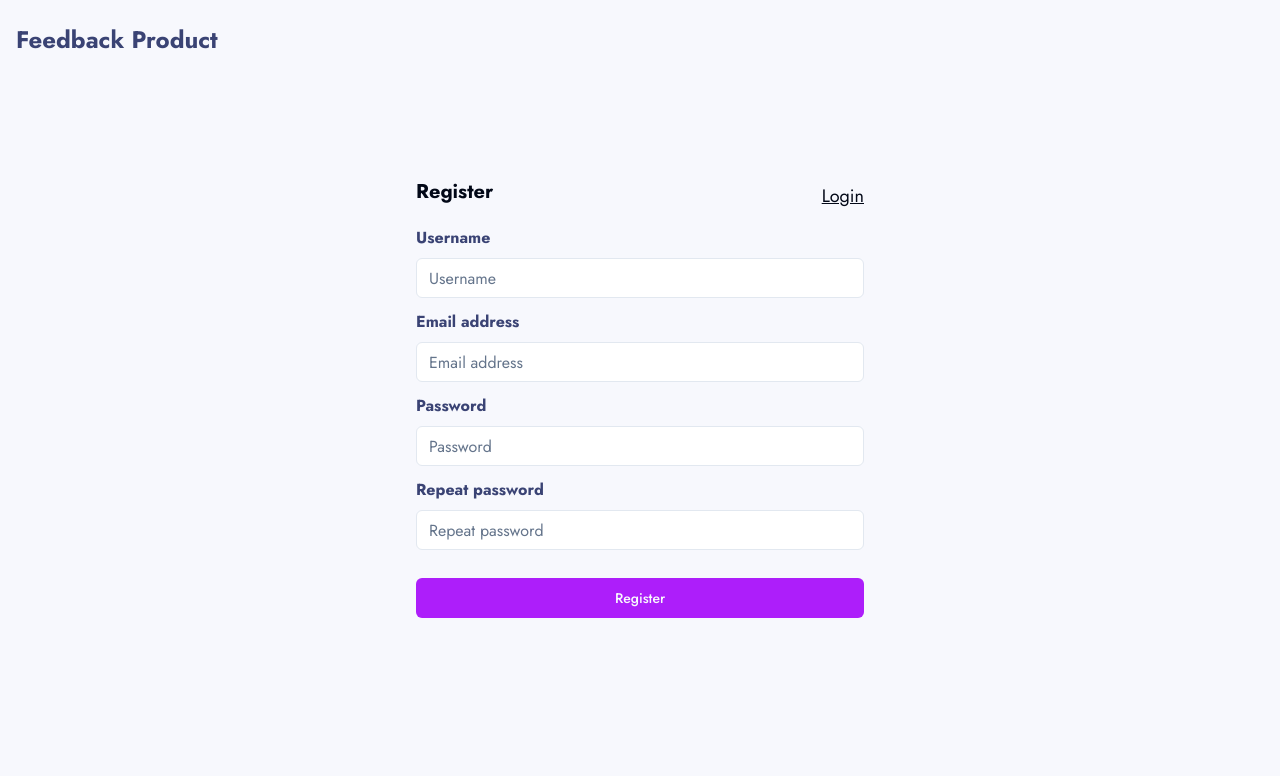
Repository: KornelJanczak/product-feedback-app
Page: /register
An editor plug-in stored every save of this project. The page is shown before and after the next save, followed by the edit.
The browser window is 1280 px wide. The pictures show the whole page.
The page's requests for data from a server got no answer. The project was rebuilt for these pictures with package versions that can differ from the ones it lists, and the page was loaded fresh each time. The framework's server and built-in components were replaced by stand-ins that run in the browser. No one was signed in, and anything a server would have sent is missing. Also part of the build but not shown: next.config.js, next.config.mjs.

Above is the page before, as saved 2024-01-28 19:49:12.

### app/layout.tsx
import type { Metadata } from "next";
import { Jost } from "next/font/google";
import { Toaster } from "sonner";
import "./globals.css";
import { authOptions } from "@/app/api/auth/[...nextauth]/options";
import { getServerSession } from "next-auth";
import AuthProvider from "@/providers/session-provider";

export const jost = Jost({
  subsets: ["latin"],
});

export const metadata: Metadata = {
  title: "Product Feedback",
  description: "Create your own section!",
};

export default async function RootLayout({
  children,
}: Readonly<{
  children: React.ReactNode;
}>) {
  const session = await getServerSession(authOptions);

  return (
    <html lang="en">
      <body
        className={`${jost.className} bg-darkWhite`}
        suppressHydrationWarning={true}
      >
        <AuthProvider session={session}>
          <Toaster position="top-center" />
          {children}
        </AuthProvider>
      </body>
    </html>
  );
}

### app/(auth)/layout.tsx
import { ReactNode } from "react";

export default function Layout({ children }: { children: ReactNode }) {
  return (
    <>
      <header className="container text-2xl font-bold text-secondDark pt-6">
        <h2>Feedback Product</h2>
      </header>
      {children}
    </>
  );
}

### app/(auth)/register/page.tsx
import FormAuth from "../_components/register-form";

export default function RegisterPage() {
  return <FormAuth />;
}

### app/globals.css
@tailwind base;
@tailwind components;
@tailwind utilities;

* {
  margin: 0;
  padding: 0;
}

@layer base {
  :root {
    --background: 0 0% 100%;
    --foreground: 222.2 84% 4.9%;

    --card: 0 0% 100%;
    --card-foreground: 222.2 84% 4.9%;

    --popover: 0 0% 100%;
    --popover-foreground: 222.2 84% 4.9%;

    --primary: 222.2 47.4% 11.2%;
    --primary-foreground: 210 40% 98%;

    --secondary: 210 40% 96.1%;
    --secondary-foreground: 222.2 47.4% 11.2%;

    --muted: 210 40% 96.1%;
    --muted-foreground: 215.4 16.3% 46.9%;

    --accent: 210 40% 96.1%;
    --accent-foreground: 222.2 47.4% 11.2%;

    --destructive: 0 84.2% 60.2%;
    --destructive-foreground: 210 40% 98%;

    --border: 214.3 31.8% 91.4%;
    --input: 214.3 31.8% 91.4%;
    --ring: 222.2 84% 4.9%;

    --radius: 0.5rem;
  }

  .dark {
    --background: 222.2 84% 4.9%;
    --foreground: 210 40% 98%;

    --card: 222.2 84% 4.9%;
    --card-foreground: 210 40% 98%;

    --popover: 222.2 84% 4.9%;
    --popover-foreground: 210 40% 98%;

    --primary: 210 40% 98%;
    --primary-foreground: 222.2 47.4% 11.2%;

    --secondary: 217.2 32.6% 17.5%;
    --secondary-foreground: 210 40% 98%;

    --muted: 217.2 32.6% 17.5%;
    --muted-foreground: 215 20.2% 65.1%;

    --accent: 217.2 32.6% 17.5%;
    --accent-foreground: 210 40% 98%;

    --destructive: 0 62.8% 30.6%;
    --destructive-foreground: 210 40% 98%;

    --border: 217.2 32.6% 17.5%;
    --input: 217.2 32.6% 17.5%;
    --ring: 212.7 26.8% 83.9%;
  }
}

@layer base {
  * {
    @apply border-border;
  }
  body {
    @apply bg-background text-foreground;
  }
}

### app/api/auth/[...nextauth]/options.ts
import NextAuth, { NextAuthOptions } from "next-auth";
import GithubProvider from "next-auth/providers/github";
import CredentialsProvider from "next-auth/providers/credentials";
import { PrismaAdapter } from "@next-auth/prisma-adapter";
import bcryptjs from "bcryptjs";
import prisma from "@/lib/db";

export const authOptions: NextAuthOptions = {
  adapter: PrismaAdapter(prisma),
  session: {
    strategy: "jwt",
  },
  secret: process.env.NEXTAUTH_SECRET,
  pages: {
    signIn: "/login",
  },
  providers: [
    GithubProvider({
      clientId: process.env.GITHUB_ID as string,
      clientSecret: process.env.GITHUB_SECRET as string,
    }),
    CredentialsProvider({
      name: "credentials",
      credentials: {},
      async authorize(credentials) {
        try {
          const { email, password } = credentials as {
            email: string;
            password: string;
          };

          console.log(email, password);
          const user = await prisma?.user.findFirst({
            where: {
              email,
            },
          });

          if (!user) return null;

          const passwordMatch = await bcryptjs.compare(
            password,
            user.password as string
          );

          if (!passwordMatch) return null;

          return user;
        } catch {
          return null;
        }
      },
    }),
  ],
  callbacks: {
    async signIn({ user, account }) {
      if (account?.provider == "credentials") return user;

      if (account?.provider === "github") {
        try {
          const existingUser = await prisma.user.findFirst({
            where: {
              email: user.email as string,
            },
          });

          if (existingUser) return existingUser;

          const newUser = await prisma.user.create({
            data: {
              userName: user.name!,
              email: user.email!,
            },
          });

          return newUser as any;
        } catch {
          return false;
        }
      }
    },
    async jwt({ token }) {
      const dbUser = await prisma.user.findFirst({
        where: {
          email: token.email as string,
        },
      });

      if (!dbUser) return token;

      return {
        id: dbUser.id,
        email: dbUser.email,
        name: dbUser.userName,
      };
    },

    async session({ token, session }) {
      if (token) {
        return {
          ...session,
          user: {
            email: token.email,
            name: token.name,
            id: token.id,
          },
        };
      }
      return session;
    },
    async redirect({ url, baseUrl }) {
      // if (url.startsWith("/")) return `${baseUrl}`;
      // // Allows callback URLs on the same origin
      // else if (new URL(url).origin === baseUrl) return baseUrl;
      // return baseUrl;
      return "/";
    },
  },
};

export default NextAuth(authOptions);

### providers/session-provider.tsx
"use client";
import { SessionProvider } from "next-auth/react";
import { ReactNode } from "react";
export default function AuthProvider({
  children,
  session,
}: {
  children: ReactNode;
  session: any;
}) {
  return <SessionProvider session={session}>{children}</SessionProvider>;
}

### app/(auth)/_components/register-form.tsx
"use client";
import createUser from "@/server-actions/create-user";
import { registerFormSchema } from "@/models/@auth-schema";
import { zodResolver } from "@hookform/resolvers/zod";
import { useForm, SubmitHandler } from "react-hook-form";
import SubmitBtn from "./submit-btn";
import {
  Form,
  FormControl,
  FormField,
  FormItem,
  FormLabel,
  FormMessage,
} from "@/components/ui/form";
import { Input } from "@/components/ui/input";
import * as z from "zod";
import { useRouter } from "next/navigation";
import { toast } from "sonner";
import { useState } from "react";

type Inputs = z.infer<typeof registerFormSchema>;

export default function RegisterForm() {
  const router = useRouter();
  const [pending, setPending] = useState<boolean>(false);

  const form = useForm<z.infer<typeof registerFormSchema>>({
    resolver: zodResolver(registerFormSchema),
    resetOptions: {
      keepTouched: true,
    },
    defaultValues: {
      username: "",
      email: "",
      password: "",
      repeatPassword: "",
    },
  });

  const processForm: SubmitHandler<Inputs> = async (data) => {
    setPending(true);
    try {
      const user = await createUser(data);
      if (!user) toast.error("Something went wrong");
      toast.success("Your account has been registered!");
      router.push("/login");
    } catch {
      toast.error("Something went wrong");
    } finally {
      form.reset();
      setPending(false);
    }
  };

  return (
    <section className="container h-screen flex items-center justify-center pb-9 ">
      <Form {...form}>
        <form
          className="max-w-md w-full"
          onSubmit={form.handleSubmit(processForm)}
        >
          <div className="flex justify-between items-center">
            <h3 className="font-bold text-xl pb-2">Register</h3>
            <span
              className="text-lg cursor-pointer underline hover:transition duration-300"
              onClick={() => router.push("/login")}
            >
              Login
            </span>
          </div>
          <FormField
            control={form.control}
            name="username"
            render={({ field }) => (
              <FormItem className="pt-2 md:pt-3">
                <FormLabel className="md:text-base">Username</FormLabel>
                <FormControl>
                  <Input
                    placeholder="Username"
                    {...field}
                    className="md:text-base"
                    type="text"
                    required
                  />
                </FormControl>
                <FormMessage className="md:text-base" />
              </FormItem>
            )}
          />
          <FormField
            control={form.control}
            name="email"
            render={({ field }) => (
              <FormItem className="pt-2 md:pt-3">
                <FormLabel className="md:text-base">Email address</FormLabel>
                <FormControl>
                  <Input
                    placeholder="Email address"
                    {...field}
                    className="md:text-base"
                    type="email"
                    required
                  />
                </FormControl>
                <FormMessage className="md:text-base" />
              </FormItem>
            )}
          />
          <FormField
            control={form.control}
            name="password"
            render={({ field }) => (
              <FormItem className="pt-2 md:pt-3">
                <FormLabel className="md:text-base">Password</FormLabel>
                <FormControl>
                  <Input
                    placeholder="Password"
                    {...field}
                    className="md:text-base"
                    type="password"
                    required
                  />
                </FormControl>
                <FormMessage className="md:text-base" />
              </FormItem>
            )}
          />
          <FormField
            control={form.control}
            name="repeatPassword"
            render={({ field }) => (
              <FormItem className="pt-2 md:pt-3">
                <FormLabel className="md:text-base">Repeat password</FormLabel>
                <FormControl>
                  <Input
                    placeholder="Repeat password"
                    {...field}
                    className="md:text-base"
                    type="password"
                    required
                  />
                </FormControl>
                <FormMessage className="md:text-base" />
              </FormItem>
            )}
          />
          <SubmitBtn pending={pending}>Register</SubmitBtn>
        </form>
      </Form>
    </section>
  );
}

### server-actions/create-user.ts
"use server";
import { registerFormSchema } from "@/models/@auth-schema";
import prisma from "@/lib/db";
import * as z from "zod";
import bcryptjs from "bcryptjs";

type Inputs = z.infer<typeof registerFormSchema>;
export default async function createUser(values: Inputs) {
  try {
    const validateFields = registerFormSchema.safeParse(values);

    if (!validateFields.success)
      return { error: validateFields.error.flatten().fieldErrors };

    const existingUser = await prisma.user.findFirst({
      where: {
        email: values.email,
      },
    });

    if (existingUser) throw new Error("User already existing!");

    const hashPass = await bcryptjs.hash(values.password, 10);

    const user = await prisma.user.create({
      data: {
        userName: values.username,
        email: values.email,
        password: hashPass,
      },
    });
    return user;
  } catch (err) {
    throw new Error("Failed to create account!");
  }
}

### models/@auth-schema.ts
import * as z from "zod";

const validation = {
  email: z.string().email({ message: "Email must contain @ symbol." }),
  password: z
    .string()
    .min(5, { message: "Password must contain at lesat 5 symbol" })
    .regex(/[A-Z]/, {
      message: "Password must contain at least one uppercase letter.",
    })
    .regex(/[a-z]/, {
      message: "Password must contain at least one lowercase letter.",
    })
    .regex(/[0-9]/, { message: "Password must contain at least one digit." })
    .regex(/[@#$%^&+=!]/, {
      message: "Password must contain at least one special character.",
    }),
};

export const registerFormSchema = z
  .object({
    username: z.string().min(2, {
      message: "Username must be at least 2 characters.",
    }),
    ...validation,
    repeatPassword: z.string(),
  })
  .refine((data) => data.password === data.repeatPassword, {
    message: "Passwords do not match.",
  });

export const loginFormSchema = z.object({ ...validation });

### app/(auth)/_components/submit-btn.tsx
"use client";
import React from "react";
import ClipLoader from "react-spinners/ClipLoader";
import { Button } from "@/components/ui/button";
import { ReactNode } from "react";

interface SubmitBtnProps {
  className?: string;
  pending?: boolean;
  children: ReactNode;
}

const SubmitBtn: React.FC<SubmitBtnProps> = React.memo(
  ({ className, children, pending }) => {
    return (
      <Button
        className={`mt-5 w-full bg-pink hover:opacity-70 hover:bg-pink hover:transition duration-300 lg:mt-7 ${className}`}
        type="submit"
        aria-disabled={pending}
      >
        {pending ? <ClipLoader size={24} color="#3A4374" /> : children}
      </Button>
    );
  }
);

SubmitBtn.displayName = "SubmitBtn";

export default SubmitBtn;

### components/ui/form.tsx
import * as React from "react"
import * as LabelPrimitive from "@radix-ui/react-label"
import { Slot } from "@radix-ui/react-slot"
import {
  Controller,
  ControllerProps,
  FieldPath,
  FieldValues,
  FormProvider,
  useFormContext,
} from "react-hook-form"

import { cn } from "@/lib/utils"
import { Label } from "@/components/ui/label"

const Form = FormProvider

type FormFieldContextValue<
  TFieldValues extends FieldValues = FieldValues,
  TName extends FieldPath<TFieldValues> = FieldPath<TFieldValues>
> = {
  name: TName
}

const FormFieldContext = React.createContext<FormFieldContextValue>(
  {} as FormFieldContextValue
)

const FormField = <
  TFieldValues extends FieldValues = FieldValues,
  TName extends FieldPath<TFieldValues> = FieldPath<TFieldValues>
>({
  ...props
}: ControllerProps<TFieldValues, TName>) => {
  return (
    <FormFieldContext.Provider value={{ name: props.name }}>
      <Controller {...props} />
    </FormFieldContext.Provider>
  )
}

const useFormField = () => {
  const fieldContext = React.useContext(FormFieldContext)
  const itemContext = React.useContext(FormItemContext)
  const { getFieldState, formState } = useFormContext()

  const fieldState = getFieldState(fieldContext.name, formState)

  if (!fieldContext) {
    throw new Error("useFormField should be used within <FormField>")
  }

  const { id } = itemContext

  return {
    id,
    name: fieldContext.name,
    formItemId: `${id}-form-item`,
    formDescriptionId: `${id}-form-item-description`,
    formMessageId: `${id}-form-item-message`,
    ...fieldState,
  }
}

type FormItemContextValue = {
  id: string
}

const FormItemContext = React.createContext<FormItemContextValue>(
  {} as FormItemContextValue
)

const FormItem = React.forwardRef<
  HTMLDivElement,
  React.HTMLAttributes<HTMLDivElement>
>(({ className, ...props }, ref) => {
  const id = React.useId()

  return (
    <FormItemContext.Provider value={{ id }}>
      <div ref={ref} className={cn("space-y-2", className)} {...props} />
    </FormItemContext.Provider>
  )
})
FormItem.displayName = "FormItem"

const FormLabel = React.forwardRef<
  React.ElementRef<typeof LabelPrimitive.Root>,
  React.ComponentPropsWithoutRef<typeof LabelPrimitive.Root>
>(({ className, ...props }, ref) => {
  const { error, formItemId } = useFormField()

  return (
    <Label
      ref={ref}
      className={cn(error && "text-destructive", className)}
      htmlFor={formItemId}
      {...props}
    />
  )
})
FormLabel.displayName = "FormLabel"

const FormControl = React.forwardRef<
  React.ElementRef<typeof Slot>,
  React.ComponentPropsWithoutRef<typeof Slot>
>(({ ...props }, ref) => {
  const { error, formItemId, formDescriptionId, formMessageId } = useFormField()

  return (
    <Slot
      ref={ref}
      id={formItemId}
      aria-describedby={
        !error
          ? `${formDescriptionId}`
          : `${formDescriptionId} ${formMessageId}`
      }
      aria-invalid={!!error}
      {...props}
    />
  )
})
FormControl.displayName = "FormControl"

const FormDescription = React.forwardRef<
  HTMLParagraphElement,
  React.HTMLAttributes<HTMLParagraphElement>
>(({ className, ...props }, ref) => {
  const { formDescriptionId } = useFormField()

  return (
    <p
      ref={ref}
      id={formDescriptionId}
      className={cn("text-sm text-muted-foreground", className)}
      {...props}
    />
  )
})
FormDescription.displayName = "FormDescription"

const FormMessage = React.forwardRef<
  HTMLParagraphElement,
  React.HTMLAttributes<HTMLParagraphElement>
>(({ className, children, ...props }, ref) => {
  const { error, formMessageId } = useFormField()
  const body = error ? String(error?.message) : children

  if (!body) {
    return null
  }

  return (
    <p
      ref={ref}
      id={formMessageId}
      className={cn("text-sm font-medium text-destructive", className)}
      {...props}
    >
      {body}
    </p>
  )
})
FormMessage.displayName = "FormMessage"

export {
  useFormField,
  Form,
  FormItem,
  FormLabel,
  FormControl,
  FormDescription,
  FormMessage,
  FormField,
}

### components/ui/input.tsx
import * as React from "react";

import { cn } from "@/lib/utils";

export interface InputProps
  extends React.InputHTMLAttributes<HTMLInputElement> {}

const Input = React.forwardRef<HTMLInputElement, InputProps>(
  ({ className, type, ...props }, ref) => {
    return (
      <input
        type={type}
        className={cn(
          "hover:border-blue focus:border-transparent text-grey flex h-10 w-full rounded-md border border-input bg-background px-3 py-2 text-sm ring-offset-background file:border-0 file:bg-transparent file:text-sm file:font-medium placeholder:text-muted-foreground focus-visible:outline-none focus-visible:ring-2 focus-visible:ring-ring focus-visible:ring-offset-2 disabled:cursor-not-allowed disabled:opacity-50",
          className
        )}
        ref={ref}
        {...props}
      />
    );
  }
);
Input.displayName = "Input";

export { Input };

### components/ui/button.tsx
import * as React from "react";
import { Slot } from "@radix-ui/react-slot";
import { cva, type VariantProps } from "class-variance-authority";

import { cn } from "@/lib/utils";

const buttonVariants = cva(
  "inline-flex items-center justify-center whitespace-nowrap rounded-md text-sm font-medium ring-offset-background transition-colors focus-visible:outline-none focus-visible:ring-2 focus-visible:ring-ring focus-visible:ring-offset-2 disabled:pointer-events-none disabled:opacity-50",
  {
    variants: {
      variant: {
        default: "bg-primary text-primary-foreground hover:bg-primary/90",
        destructive:
          "bg-destructive text-destructive-foreground hover:bg-destructive/90",
        outline:
          "border border-input bg-background hover:bg-accent hover:text-accent-foreground",
        secondary:
          "bg-secondary text-secondary-foreground hover:bg-secondary/80",
        ghost: "hover:bg-accent hover:text-accent-foreground",
        link: "text-primary underline-offset-4 hover:underline",
      },
      size: {
        default: "h-10 px-4 py-2",
        sm: "h-9 rounded-md px-3",
        lg: "h-11 rounded-md px-8",
        icon: "h-10 w-10",
      },
    },
    defaultVariants: {
      variant: "default",
      size: "default",
    },
  }
);

export interface ButtonProps
  extends React.ButtonHTMLAttributes<HTMLButtonElement>,
    VariantProps<typeof buttonVariants> {
  asChild?: boolean;
}

const Button = React.forwardRef<HTMLButtonElement, ButtonProps>(
  ({ className, variant, size, asChild = false, ...props }, ref) => {
    const Comp = asChild ? Slot : "button";
    return (
      <Comp
        className={cn(buttonVariants({ variant, size, className }))}
        ref={ref}
        {...props}
      />
    );
  }
);
Button.displayName = "Button";

export { Button, buttonVariants };

### components/ui/label.tsx
"use client"

import * as React from "react"
import * as LabelPrimitive from "@radix-ui/react-label"
import { cva, type VariantProps } from "class-variance-authority"

import { cn } from "@/lib/utils"

const labelVariants = cva(
  "text-sm font-medium leading-none peer-disabled:cursor-not-allowed peer-disabled:opacity-70"
)

const Label = React.forwardRef<
  React.ElementRef<typeof LabelPrimitive.Root>,
  React.ComponentPropsWithoutRef<typeof LabelPrimitive.Root> &
    VariantProps<typeof labelVariants>
>(({ className, ...props }, ref) => (
  <LabelPrimitive.Root
    ref={ref}
    className={cn(labelVariants(), className, "text-secondDark font-bold")}
    {...props}
  />
))
Label.displayName = LabelPrimitive.Root.displayName

export { Label }

### tailwind.config.ts
import type { Config } from "tailwindcss";

const config = {
  darkMode: ["class"],
  content: [
    "./pages/**/*.{ts,tsx}",
    "./components/**/*.{ts,tsx}",
    "./app/**/*.{ts,tsx}",
    "./src/**/*.{ts,tsx}",
  ],
  prefix: "",
  theme: {
    container: {
      center: true,
      padding: {
        DEFAULT: "1rem",
        sm: "1rem",
        lg: "4rem",
        xl: "5rem",
        "2xl": "6rem",
      },
      screens: {
        default: "1400px",
        "2xl": "1400px",
      },
    },
    extend: {
      // fontFamily: {
      //   jost: ["var(--jost)"],
      //   ...fontFamily.jost,
      // },
      colors: {
        border: "hsl(var(--border))",
        input: "hsl(var(--input))",
        ring: "hsl(var(--ring))",
        background: "hsl(var(--background))",
        foreground: "hsl(var(--foreground))",
        primary: {
          DEFAULT: "hsl(var(--primary))",
          foreground: "hsl(var(--primary-foreground))",
        },
        secondary: {
          DEFAULT: "hsl(var(--secondary))",
          foreground: "hsl(var(--secondary-foreground))",
        },
        destructive: {
          DEFAULT: "hsl(var(--destructive))",
          foreground: "hsl(var(--destructive-foreground))",
        },
        muted: {
          DEFAULT: "hsl(var(--muted))",
          foreground: "hsl(var(--muted-foreground))",
        },
        accent: {
          DEFAULT: "hsl(var(--accent))",
          foreground: "hsl(var(--accent-foreground))",
        },
        popover: {
          DEFAULT: "hsl(var(--popover))",
          foreground: "hsl(var(--popover-foreground))",
        },
        card: {
          DEFAULT: "hsl(var(--card))",
          foreground: "hsl(var(--card-foreground))",
        },
        pink: "#AD1EFA",
        blue: "#4661E6",
        lighterBlue: "#62BCFA",
        dark: "rgb(55, 63, 104)",
        secondDark: "#3A4374",
        grey: "#647196",
        orange: "#F49F85",
        basicWhite: "#ffffff",
        middleWhite: "#F2F4FF",
        darkWhite: "#F7F8FD",
      },
      borderRadius: {
        lg: "var(--radius)",
        md: "calc(var(--radius) - 2px)",
        sm: "calc(var(--radius) - 4px)",
      },
      keyframes: {
        "accordion-down": {
          from: { height: "0" },
          to: { height: "var(--radix-accordion-content-height)" },
        },
        "accordion-up": {
          from: { height: "var(--radix-accordion-content-height)" },
          to: { height: "0" },
        },
      },
      animation: {
        "accordion-down": "accordion-down 0.2s ease-out",
        "accordion-up": "accordion-up 0.2s ease-out",
      },
    },
  },
  plugins: [require("tailwindcss-animate")],
} satisfies Config;

export default config;

Loaded but not shown: lib/db.ts (common file); lib/utils.ts (common file)

After the next save:
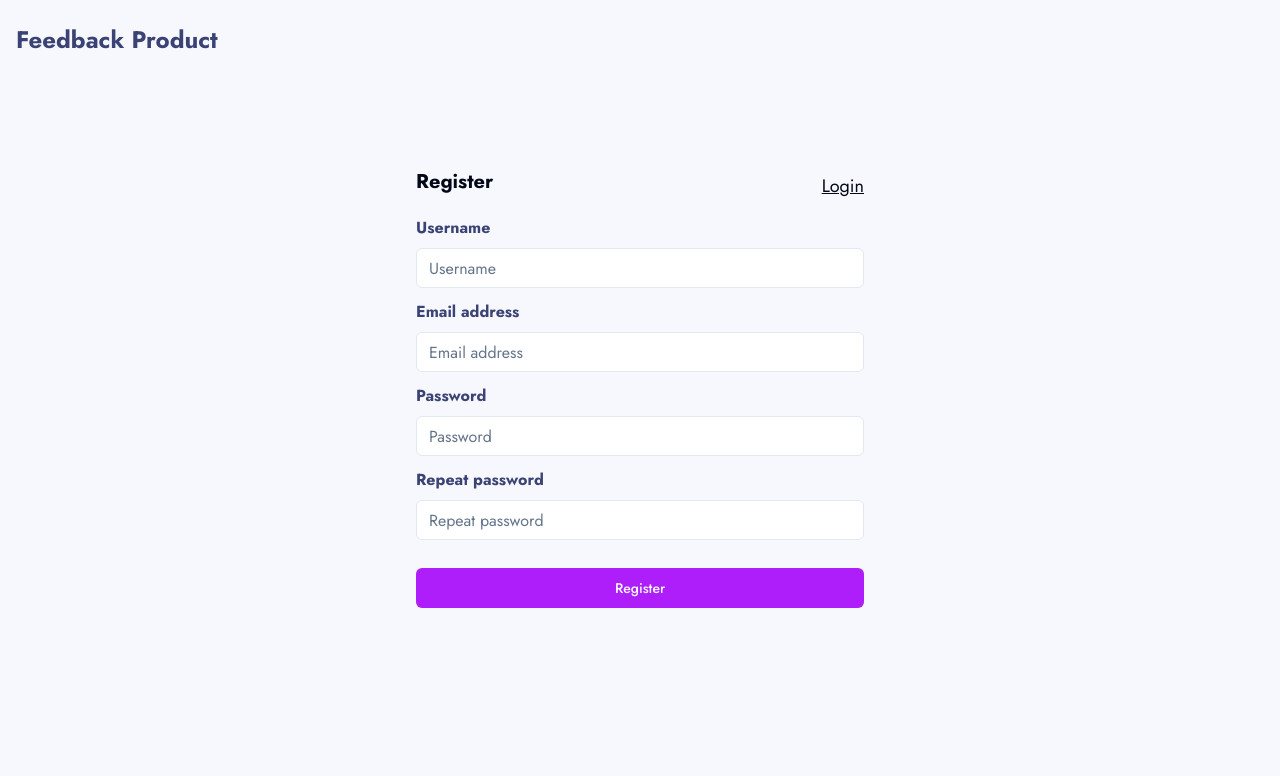
Saved 5 s later.
--- a/app/(auth)/_components/register-form.tsx
+++ b/app/(auth)/_components/register-form.tsx
@@ -53,7 +53,7 @@ export default function RegisterForm() {
   };
 
   return (
-    <section className="container h-screen flex items-center justify-center pb-9 ">
+    <section className="container h-screen flex items-center justify-center pb-14 ">
       <Form {...form}>
         <form
           className="max-w-md w-full"
